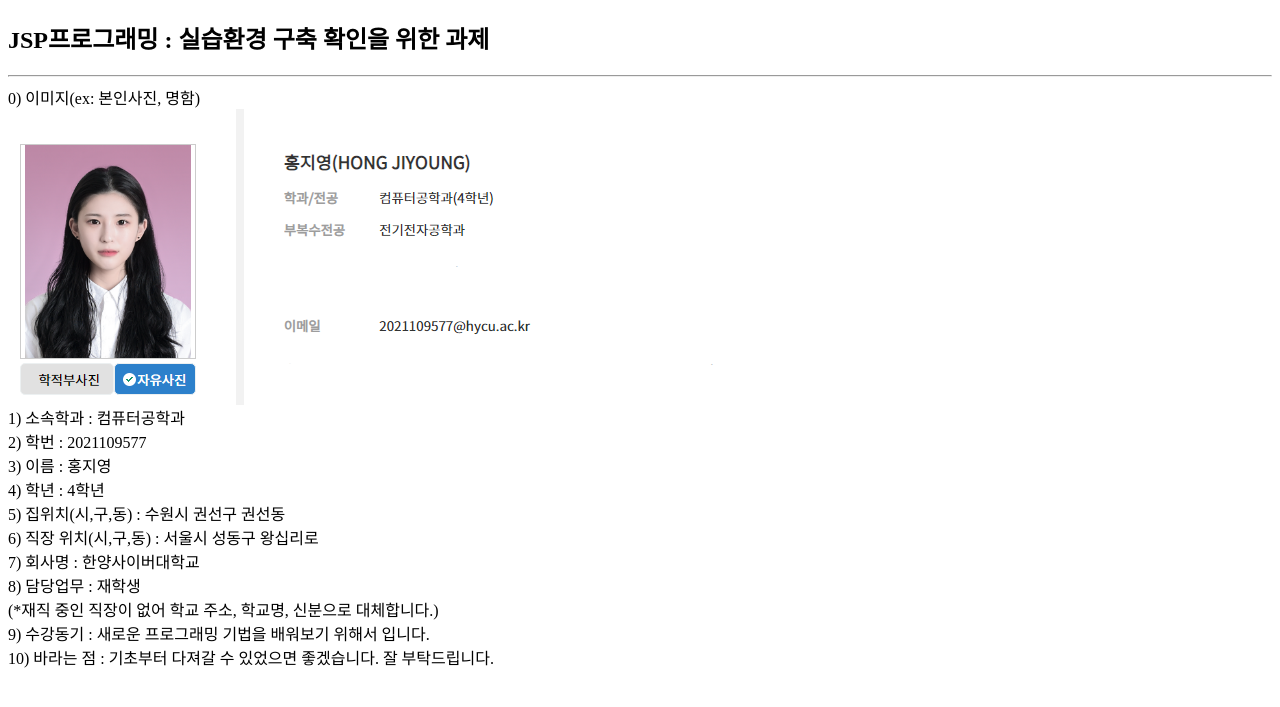
Repository: jiyoung510/JAVA-learning-examples
Page: http://localhost/jspbook/ch01/HelloWorld.jsp
The author's editor kept a copy of each file at every save. The page is drawn from the files as they stood at one save, then again after the next save.
The browser window is 1280 px wide. The pictures show the whole page.
The page is served by Tomcat 9.

Above is the page before, as saved 2022-09-25 02:08:21.

After the next save:
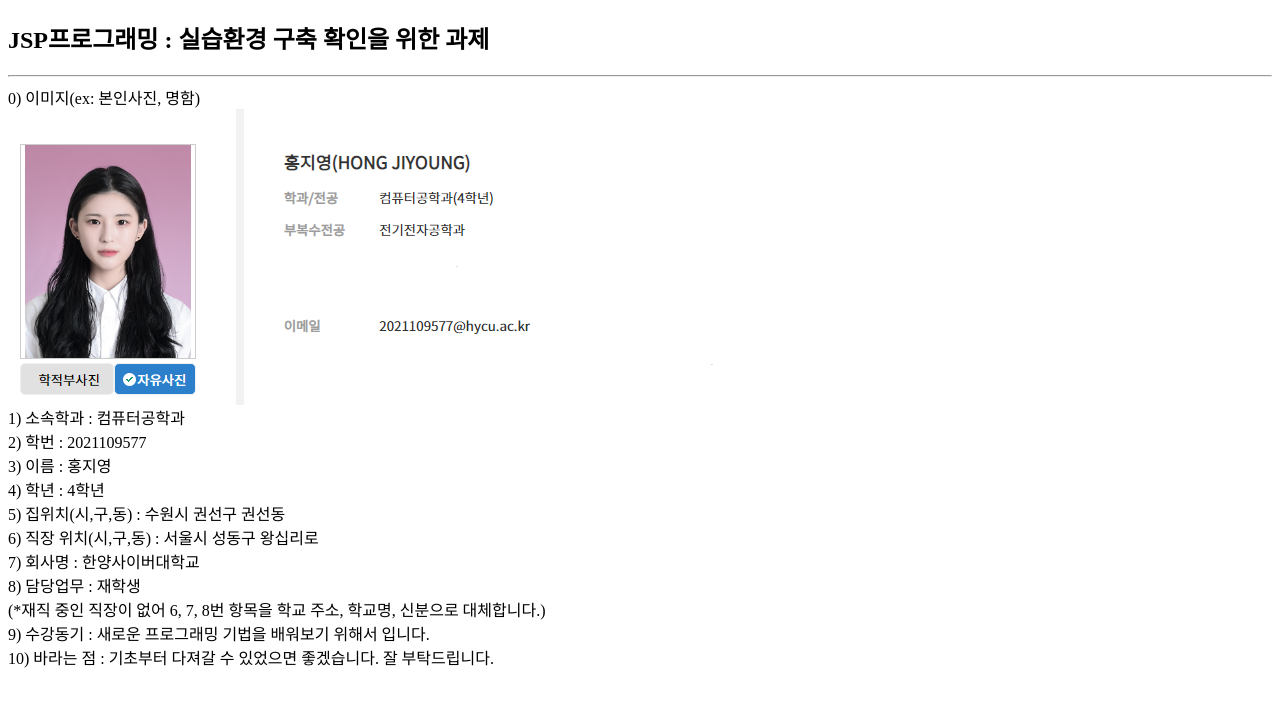
Saved 100 s later.
--- a/jspbook/WebContent/ch01/HelloWorld.jsp
+++ b/jspbook/WebContent/ch01/HelloWorld.jsp
@@ -19,7 +19,7 @@
 	<div>6) 직장 위치(시,구,동) : 서울시 성동구 왕십리로</div>
 	<div>7) 회사명 : 한양사이버대학교</div>
 	<div>8) 담당업무 : 재학생</div>
-	<div>(*재직 중인 직장이 없어 학교 주소, 학교명, 신분으로 대체합니다.)</div>
+	<div>(*재직 중인 직장이 없어 6, 7, 8번 항목을  학교 주소, 학교명, 신분으로 대체합니다.)</div>
 	<div>9) 수강동기 : 새로운 프로그래밍 기법을 배워보기 위해서 입니다.</div>
 	<div>10) 바라는 점 : 기초부터 다져갈 수 있었으면 좋겠습니다. 잘 부탁드립니다.</div>
 </body>
